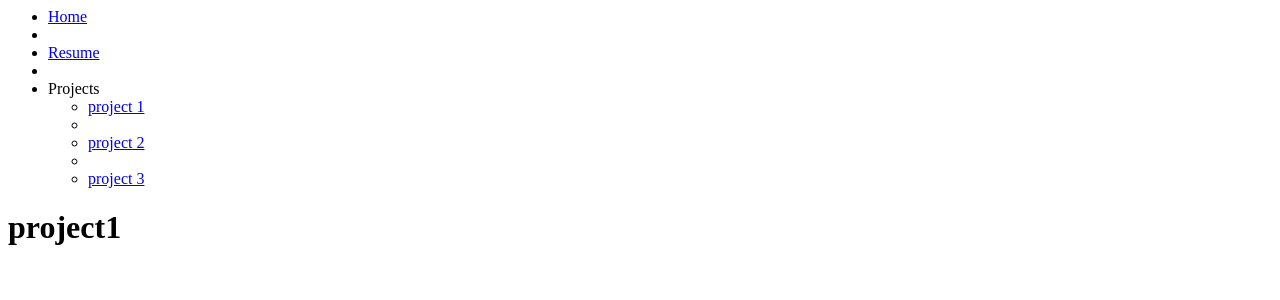
Repository: Dez2020/Dez2020.github.io
Page: project1.html
The author's editor kept a record of every edit. The page is drawn from the files as they stood at one moment, then again after the next edit.
The browser window is 1280 px wide. The pictures show the whole page.

Above is the page before.

### project1.html
<html>
    <head>
    <title>Resume</title>

</head>
    <body>
        <ul class = "navbar">
            <li><a href="/index.html">Home</a><li>
            <li class = "active"><a href="resume.html">Resume</a><li>
            <li class= "dropdown">
               <div>Projects</div>
               <ul class = "dropdown-content">

                  <li><a href="#">project 1</a><li>
                  <li><a href="#">project 2</a><li>
                  <li><a href="#">project 3</a></li>


               </ul>



            </li>


        </ul>

        <h1>project1</h1>


    </body>
</html>

After the next edit:
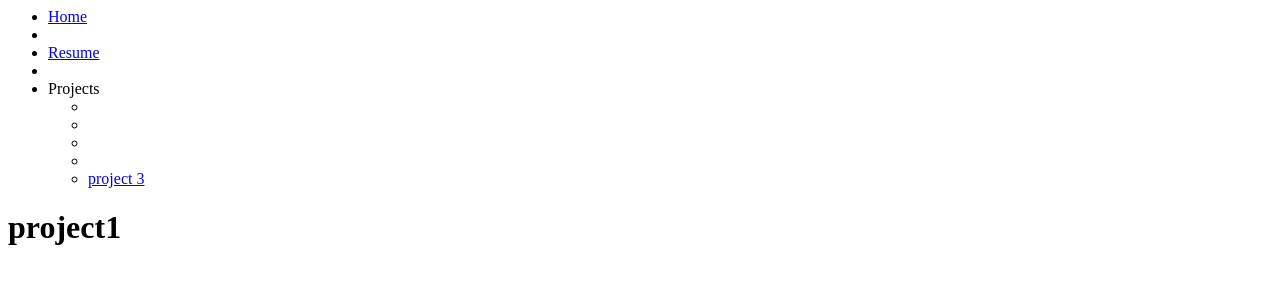
The edit:
--- a/project1.html
+++ b/project1.html
@@ -11,8 +11,8 @@
                <div>Projects</div>
                <ul class = "dropdown-content">
 
-                  <li><a href="#">project 1</a><li>
-                  <li><a href="#">project 2</a><li>
+                  <li><a href="project1.html"</a><li>
+                  <li><a href="project2.html"></a></a><li>
                   <li><a href="#">project 3</a></li>
 
 
